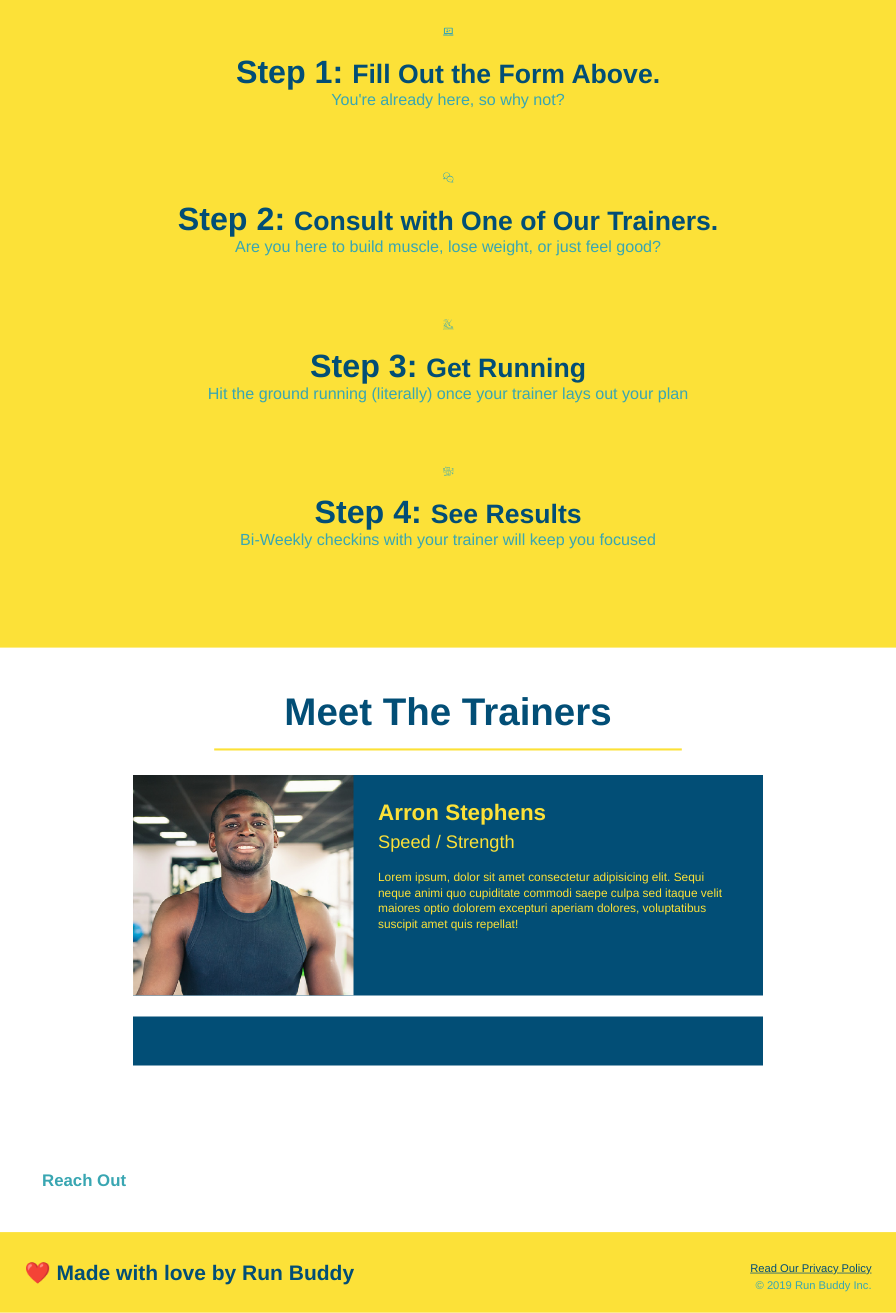
Repository: symlara/run-buddy
Page: index.html
An editor plug-in stored every save of this project. The page is shown before and after the next save, followed by the edit.
The browser window is 1280 px wide. The pictures show the part of the page from y = 1333 to 3253 px (the page is 3208 px tall before and 3253 px after), at 70% of full size.

Above is the page before, as saved 2020-12-10 14:37:44.

After the next save:
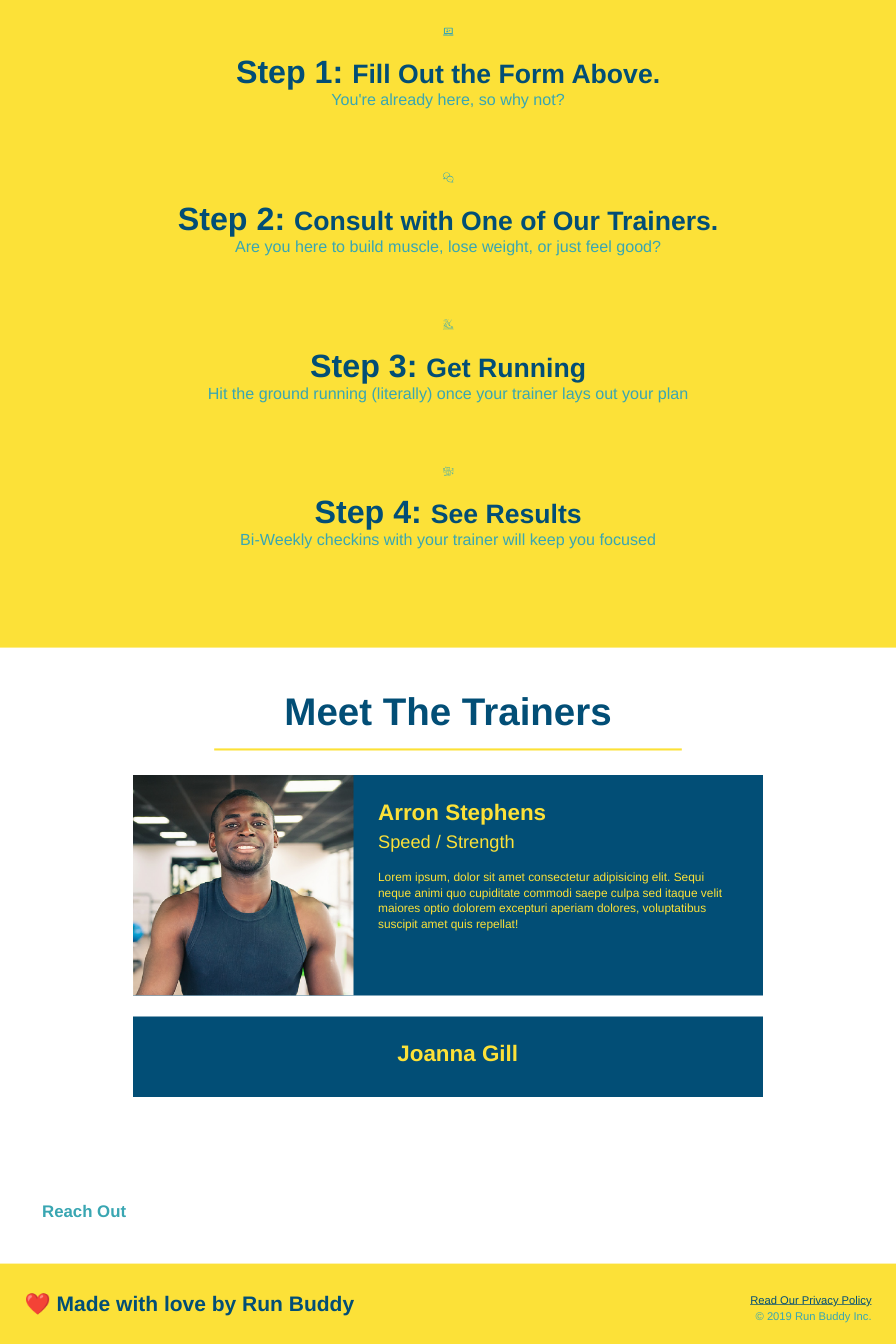
Saved 7 s later.
--- a/index.html
+++ b/index.html
@@ -131,7 +131,7 @@
             <!--second trainer bio -->
             <article class="trainer">
                 <div class="trainer-bio text-right">
-
+                    <h3>Joanna Gill</h3>
                 </div>
             </article>
         </section>
